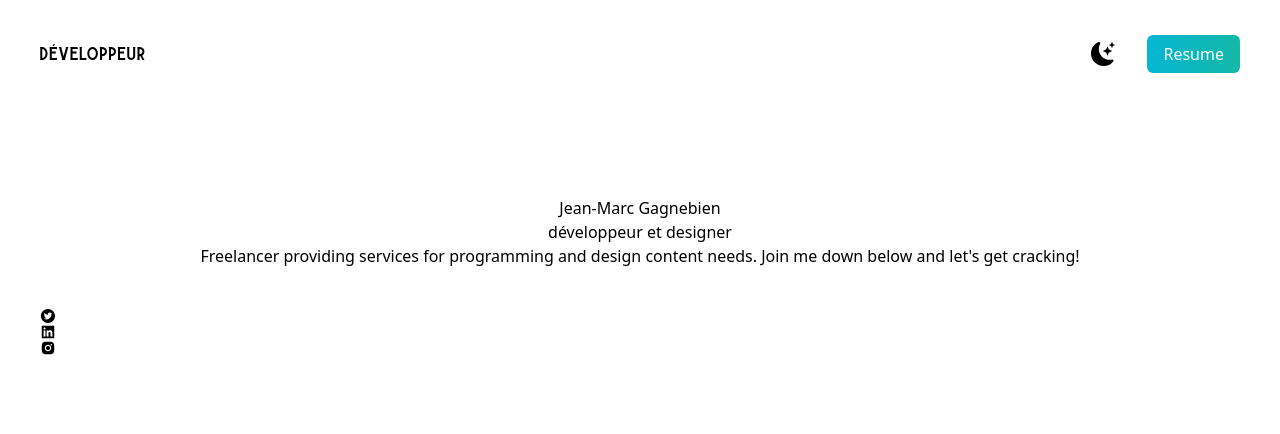
Repository: Jean-MarcG/portfoli_next
Page: /
An editor plug-in stored every save of this project. The page is shown before and after the next save, followed by the edit.
The browser window is 1280 px wide. The pictures show the whole page.
The project was rebuilt for these pictures with package versions that can differ from the ones it lists, and the page was loaded fresh each time. The framework's server and built-in components were replaced by stand-ins that run in the browser. Also part of the build but not shown: next.config.js.

Above is the page before, as saved 2023-04-01 17:31:50.

### pages/index.js
import Head from 'next/head';
import {BsFillMoonStarsFill} from 'react-icons/bs';
import {AiFillTwitterCircle, AiFillLinkedin, AiFillInstagram} from 'react-icons/ai'

export default function Home() {
  return (
    <>
    <Head>
    <title>Jean-Marc Gagnebien Portfolio</title>
    <meta name="description" content="Generated by create next app" />
    <meta name="viewport" content="width=device-width, initial-scale=1" />
    <link rel="icon" href="/favicon.ico" />
    </Head>
      <main className='bg-white px-10 '>
        <section className='min-h-screen'>
          <nav className='py-10 mb-12 flex justify-between'>
            <h1 className='text-xl font-burtons'>développeur</h1>
              <ul className='flex items-center'>
                <li>
                  <BsFillMoonStarsFill className='cursor-pointer text-2xl'/>
                </li>
                <li>
                  <a className='bg-gradient-to-r from-cyan-500 to-teal-500 text-white px-4 py-2 rounded-md ml-8' href='#'>Resume</a>
                </li>
              </ul>
          </nav>
          <div className='text-center p-10'>
            <h2>Jean-Marc Gagnebien</h2>
            <h3>développeur et designer</h3>
            <p>Freelancer providing services for programming and design content needs. Join me down below and let's get cracking!</p>
          </div>
          <div>
            <AiFillTwitterCircle />
            <AiFillLinkedin />
            <AiFillInstagram />
          </div>
          <div>

          </div>
        </section>
      </main>
    </>
    )
  }

### styles/globals.css
@tailwind base;
@tailwind components;
@tailwind utilities;

* {
  box-sizing: border-box;
  padding: 0;
  margin: 0;
}

html,
body {
  max-width: 100vw;
  overflow-x: hidden;
}

body {
  color: rgb(var(--foreground-rgb));
  background: linear-gradient(
      to bottom,
      transparent,
      rgb(var(--background-end-rgb))
    )
    rgb(var(--background-start-rgb));
}

a {
  color: inherit;
  text-decoration: none;
}

@font-face {
  font-family: "burtons";
  src: url(../public/Burtons.otf);
}

### tailwind.config.js
/** @type {import('tailwindcss').Config} */
module.exports = {
  content: [
    "./app/**/*.{js,ts,jsx,tsx}",
    "./pages/**/*.{js,ts,jsx,tsx}",
    "./components/**/*.{js,ts,jsx,tsx}",

    // Or if using `src` directory:
    "./src/**/*.{js,ts,jsx,tsx}",
  ],
  theme: {
    extend: {
      fontFamily: {
        burtons: 'burtons',
      }
    },
  },
  plugins: [],
}

Loaded but not shown: pages/_app.js (common file); pages/_document.js (common file)

After the next save:
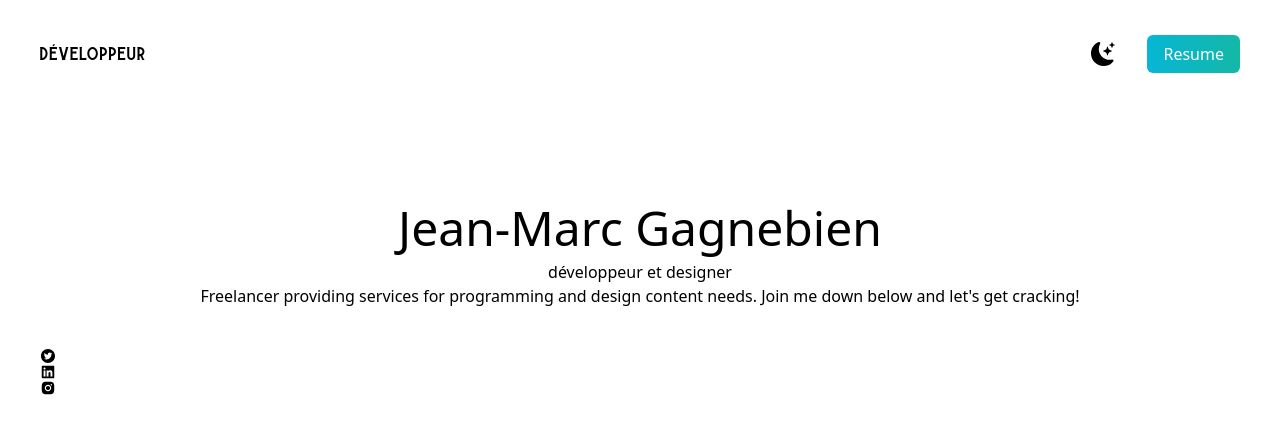
Saved 48 s later.
--- a/pages/index.js
+++ b/pages/index.js
@@ -25,7 +25,7 @@
               </ul>
           </nav>
           <div className='text-center p-10'>
-            <h2>Jean-Marc Gagnebien</h2>
+            <h2 className='text-5xl py-2 teal'>Jean-Marc Gagnebien</h2>
             <h3>développeur et designer</h3>
             <p>Freelancer providing services for programming and design content needs. Join me down below and let's get cracking!</p>
           </div>
